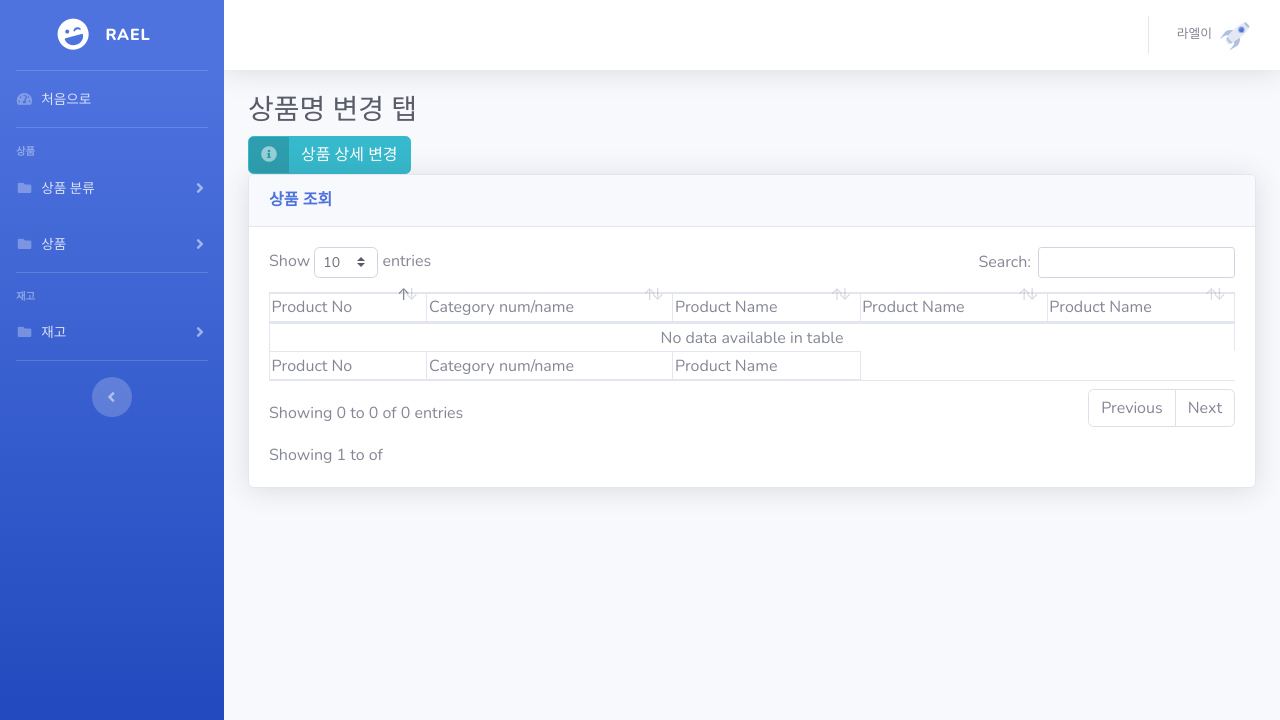
Repository: sww232/springRaelProject
Page: http://localhost/rael/WEB-INF/views/product/product_update.jsp
These files come from the project's save history. The page is drawn as it stood at one moment and after the next save; the edit follows.
The browser window is 1280 px wide. The pictures show the whole page.
The page is served by Tomcat 9. Nobody is signed in. The template is opened directly, without the code that normally fills it, so the values that code supplies are empty.

Above is the page before, as saved 2022-10-07 04:16:02.

After the next save:
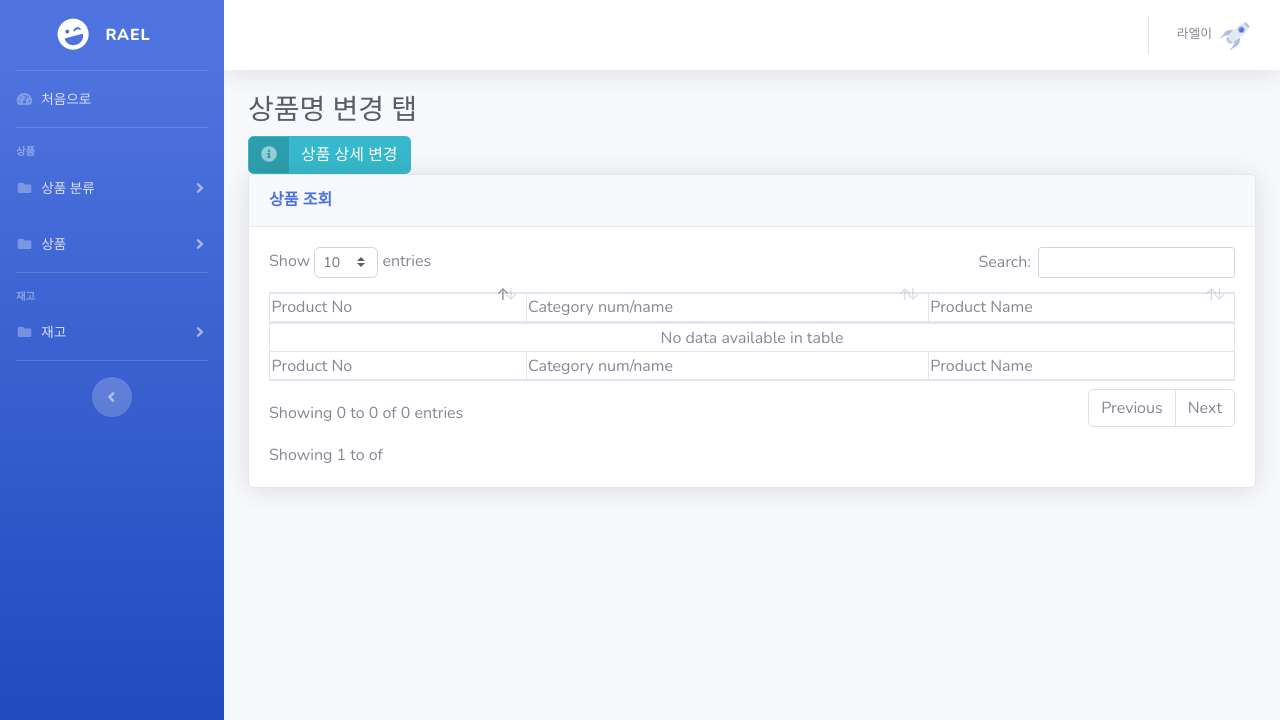
Saved 11 s later.
--- a/raelproject3/rael/src/main/webapp/WEB-INF/views/product/product_update.jsp
+++ b/raelproject3/rael/src/main/webapp/WEB-INF/views/product/product_update.jsp
@@ -337,8 +337,6 @@
 													<tr>
 														<td>Product No</td>
 														<td>Category num/name</td>
-														<td>Product Name</td>
-														<td>Product Name</td>
 														<td>Product Name</td>
 													</tr>
 												</thead>
